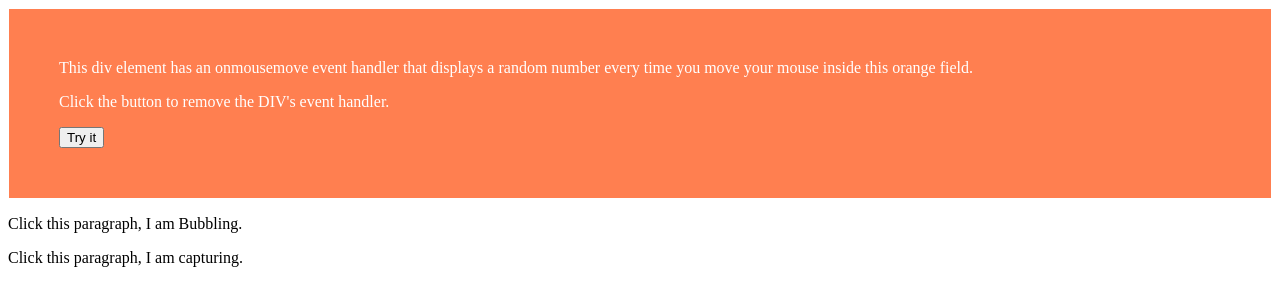
Repository: neem693/workspace
Page: studyhtml5/WebContent/ch05/practice_dom/practice_49.html
These files come from the project's save history. The page is drawn as it stood at one moment and after the next save; the edit follows.
The browser window is 1280 px wide. The pictures show the whole page.

Above is the page before, as saved 2018-03-19 08:52:31.

After the next save:
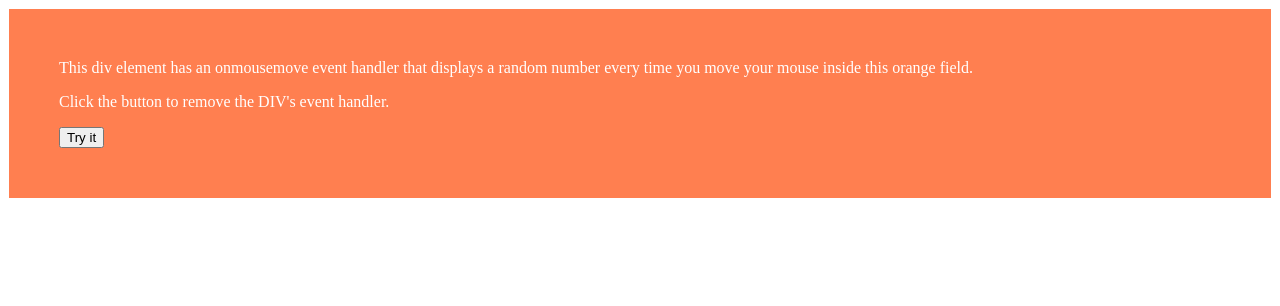
Saved 12 s later.
--- a/studyhtml5/WebContent/ch05/practice_dom/practice_49.html
+++ b/studyhtml5/WebContent/ch05/practice_dom/practice_49.html
@@ -27,29 +27,7 @@
 			it</button>
 	</div>
 
-	<div id="myDiv">
-		<p id="myP">Click this paragraph, I am Bubbling.</p>
-	</div>
-
-	<div id="myDiv2">
-		<p id="myP2">Click this paragraph, I am capturing.</p>
-	</div>
-
-	<script>
-        document.getElementById("myP").addEventListener("click", function () {
-            alert("You clicked the P element!");
-        }, false);
-        document.getElementById("myDiv").addEventListener("click", function () {
-            alert("You clicked the DIV element");
-        }, false);
-        document.getElementById("myP2").addEventListener("click", function () {
-            alert("You clicked the P element");
-        }, true);
-        document.getElementById("myDiv2").addEventListener("click",
-                function () {
-                    alert("You clicked the DIV element");
-                }, true);
-    </script>
+	<p id = "demo"></p>
 
 
 
